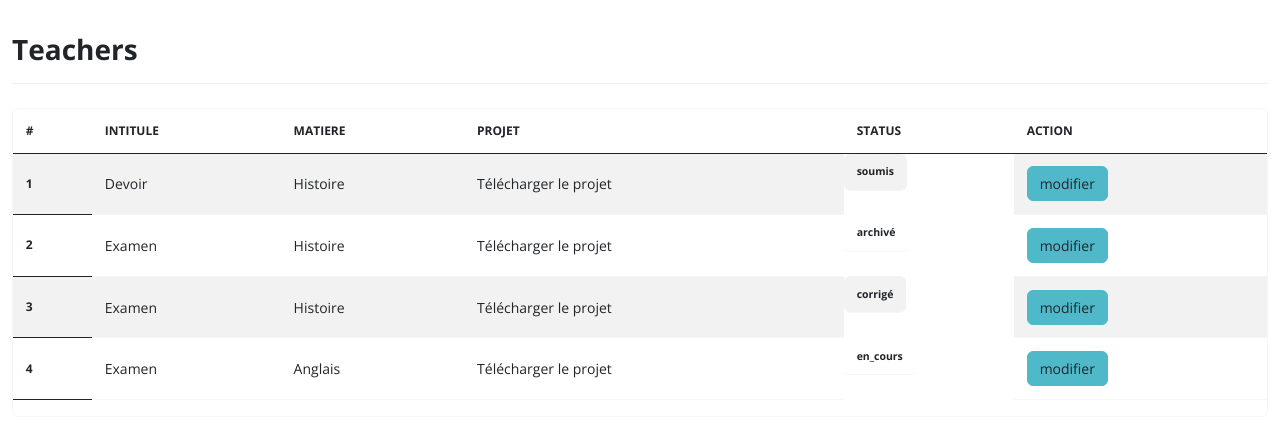
Repository: dimitri0004/Moodle
Page: http://localhost/enseignant/projet/
The author's editor kept a copy of each file at every save. The page is drawn from the files as they stood at one save, then again after the next save.
The browser window is 1280 px wide. The pictures show the whole page.
The page is served by the project's application, run on Django 4.2 (manage.py). Other server files are loaded and not shown. The database holds what the project's SQL file puts in it.

Above is the page before, as saved 2023-08-18 02:20:18.
Console error: TypeError: Cannot set properties of null (setting 'innerHTML')

### templates/Enseignant/Projet/index.html
{% extends "base.html" %}
{% block content %}

<div class="body d-flex py-lg-3 py-md-2">
    <div class="container-xxl">
        <div class="row">
            <div class="col-md-12">
                <div class="card border-0 mb-4 no-bg">
                    <div class="card-header py-3 px-0 d-flex align-items-center  justify-content-between border-bottom">
                        <h3 class=" fw-bold flex-fill mb-0">Teachers</h3>
                        <div class="dropdown px-2">
                            <button class="btn btn-primary dropdown-toggle" type="button" id="dropdownMenuButton1" data-bs-toggle="dropdown" aria-expanded="false">
                                Subject
                            </button>
                            <ul class="dropdown-menu  dropdown-menu-end" aria-labelledby="dropdownMenuButton1">
                              <li><a class="dropdown-item" href="#">Engineering</a></li>
                              <li><a class="dropdown-item" href="#">Power and Energy</a></li>
                              <li><a class="dropdown-item" href="#">Civil Law</a></li>
                              <li><a class="dropdown-item" href="#">Legal Advice</a></li>
                              <li><a class="dropdown-item" href="#">Health and Fitness</a></li>
                              <li><a class="dropdown-item" href="#">Hospitality</a></li>
                              <li><a class="dropdown-item" href="#">Aviation</a></li>
                              <li><a class="dropdown-item" href="#">Drawing</a></li>
                            </ul>
                        </div>
                        <div class="dropdown">
                            <button class="btn btn-primary dropdown-toggle" type="button" id="dropdownMenuButton2" data-bs-toggle="dropdown" aria-expanded="false">
                                Status
                            </button>
                            <ul class="dropdown-menu  dropdown-menu-end" aria-labelledby="dropdownMenuButton1">
                              <li><a class="dropdown-item" href="#">All</a></li>
                              <li><a class="dropdown-item" href="#">online</a></li>
                              <li><a class="dropdown-item" href="#">Popular</a></li>
                            </ul>
                        </div>
                    </div>
                </div>
            </div>
        </div>
        <div class="">
            <div class="col">
                <div class="card teacher-card">

                    <table class="table table-striped">
                        <thead>
                          <tr>
                            <th scope="col">#</th>
                            <th scope="col">Intitule</th>
                            <th scope="col">Matiere</th>
                            <th scope="col">Projet</th>
                            <th scope="col">Status</th>
                            <th scope="col">Action</th>
                          </tr>
                        </thead>
                        <tbody>
                            {% for projet in Projets %}
                            <tr>
                                <th scope="row">{{ forloop.counter  }}</th>
                                <td>{{ projet.intitule }}</td>
                                <td>{{ projet.matiere }}</td>
                                <td><a href="{{ projet.projet.url }}" download>Télécharger le projet</a>
                                <td class="badge badge-primary">{{ projet.statut }}</td>
                                <td>
                                    <a href="{% url 'modifier_projet' id=projet.id %}" class="btn btn-info">modifier</a>
                                </td>
                              </tr>
                            {% endfor %}


                        </tbody>
                      </table>

            </div>
        </div>
    </div>
</div>

<!-- Modal Members-->
<div class="modal fade" id="addUser" tabindex="-1" aria-labelledby="addUserLabel" aria-hidden="true">
    <div class="modal-dialog modal-dialog-centered modal-lg">
    <div class="modal-content">
        <div class="modal-header">
            <h5 class="modal-title  fw-bold" id="addUserLabel">Invite Friend's</h5>
            <button type="button" class="btn-close" data-bs-dismiss="modal" aria-label="Close"></button>
        </div>
        <div class="modal-body">
            <div class="inviteby_email">
                <div class="input-group mb-3">
                    <input type="text" class="form-control" placeholder="Members Invite" aria-label="Recipient's username" aria-describedby="button-addon2">
                    <button class="btn btn-dark" type="button" id="button-addon2">Members Invite</button>
                </div>
            </div>
            <div class="members_list">
                <h6 class="fw-bold ">Members of e-Learn</h6>
                <ul class="list-unstyled list-group list-group-custom list-group-flush mb-0">

                </ul>
            </div>
        </div>
    </div>
    </div>
</div>

{% endblock %}

### templates/base.html
{% load static %}
<!DOCTYPE html>
<html lang="en">
<head>
    <meta charset="UTF-8">
    <meta name="viewport" content="width=device-width, initial-scale=1.0">
    <title>Document</title>

    <link rel="icon" href="favicon.ico" type="image/x-icon"> <!-- Favicon-->

    <!-- plugin css file  -->
    <link rel="stylesheet" href="{% static 'assets/css/carousel.min.css' %}" />
    <!-- project css file  -->
    <link rel="stylesheet" href="{% static 'assets/css/e-learn.style.min.css' %}">
    <!-- Google Code  -->
    <script async src="https://www.googletagmanager.com/gtag/js?id=UA-264428387-1"></script>
    <script>
      window.dataLayer = window.dataLayer || [];
      function gtag(){dataLayer.push(arguments);}
      gtag('js', new Date());

      gtag('config', 'UA-264428387-1');
    </script>

    <script src="{% static 'assets/bundles/libscripts.bundle.js' %}"></script>

    <!-- Plugin Js-->
    <script src="{% static 'assets/bundles/carousel.bundle.js' %}"></script>
    <script src="{% static 'assets/bundles/apexcharts.bundle.js' %}"></script>

    <!-- Jquery Page Js -->
    <script src="{% static 'js/template.js' %}"></script>
    <script src="{% static 'js/page/elearn-index.js' %}"></script>
</head>
<body>
   {% if user.is_authenticated %}

    {% include "_partiels/nav.html" %}
   {% endif %}


    {% block content %}{% endblock %}
</body>
</html>

### AppEcole/models.py
from django.db import models
from django.contrib.auth.models import AbstractUser
class User(AbstractUser):
    ETUDIANT= " ETUDIANT"
    ENSEIGNANT="ENSEIGNANT"
    ADMINISTRATEUR=" ADMINISTRATEUR"

    ROLE_CHOICES = (
        (ETUDIANT, 'Etudiant'),
        (ENSEIGNANT, 'Enseignant'),
        (ADMINISTRATEUR, 'Administrateur'),
    )

    role = models.CharField(max_length=30, choices=ROLE_CHOICES, verbose_name='Rôle')
    birthdate = models.DateField(null=True, blank=False)
    identifiant = models.CharField(max_length=20, null=True, blank=False)

    def __str__(self):
        return self.username

class Devoir(models.Model):

    STATUT_CHOICES = [
        ('en_cours', 'En cours'),
        ('soumis', 'Soumis'),
        ('corrigé', 'Corrige'),
        ('traité', 'Traite'),
        ('archivé', 'Archivé'),
    ]
    intitule=models.CharField(max_length=255)
    matiere=models.CharField(max_length=255)
    statut = models.CharField(max_length=20, choices=STATUT_CHOICES)
    projet = models.FileField(upload_to='projets')

    def __str__(self):
        return self.intitule


# Create your models here.

### AppEcole/views.py
from django.shortcuts import render,redirect
from django.core.validators import validate_email
from django.contrib.auth.models import User
from django.db.models import Q
from django.contrib.auth.decorators import login_required
from django.contrib.auth import authenticate, login, logout
from .forms import ProjetForm
from django.contrib.auth import get_user_model
from .models import Devoir

def index(request):
    return render(request,'index.html')

def inscription(request):
    error = False
    message = ""

    if request.method == "POST":
        username = request.POST.get('username')
        email = request.POST.get('email')
        nom = request.POST.get('nom')
        prenom = request.POST.get('prenom')
        password = request.POST.get('password')
        confirmePassword = request.POST.get('confirmePassword')
        role = request.POST.get('role')
        identifiant = request.POST.get('identifiant')
        date = request.POST.get('date')# Récupérer le rôle du formulaire

        try:
            validate_email(email)
        except:
            error = True
            message = "Entrer un email valide svp"

        User = get_user_model()  # Obtenir le modèle utilisateur personnalisé

        user = User.objects.filter(Q(email=email) | Q(username=username)).first()
        if user:
            error = True
            message = f"L'email {email} ou le nom d'utilisateur {nom} est déjà utilisé par un utilisateur"

        if password != confirmePassword:
            error = True
            message = "Les deux mots de passe ne sont pas identiques"

        if error == False:
            user = User(

                username=username,
                email=email,
                last_name=nom,
                first_name=prenom,
                identifiant=identifiant,
                role=role,
                birthdate=date# Enregistrer le rôle dans le modèle
            )
            user.set_password(password)
            user.save()
            return redirect('acceuil')

    context = {
        'error': error,
        'message': message
    }
    return render(request, 'Utilisateur/inscription.html', context)

def connexion(request):
    error=False
    message=""
    if request.method=="POST":

        email=request.POST.get('email', None)
        password=request.POST.get('password', None)

        User = get_user_model()
        user=User.objects.filter(email=email).first()
        if user:
            user=authenticate(username=user.username, password=password)
            if user:
                login(request, user)
                if user.role == 'Administrateur':
                    return redirect('acceuil')  # Redirection pour les superutilisateurs
                elif user.role == 'Enseignant':
                    return redirect('liste_projet')  # Redirection pour les membres du groupe "Staff"
                elif user.role == 'Etudiant':
                    return redirect('acceuil')
                else:
                    return redirect('acceuil')  # Redirection par défaut

            else:
                error=True
                message="mot de passe  incorrecte"
        else:
            error=True
            message="l'utilisateur n'existe pas"
    return render(request, 'Utilisateur/connexion.html', {'error':error, 'message':message})

def ajouter_projet(request):
    if request.method == 'POST':
        form = ProjetForm(request.POST, request.FILES)
        if form.is_valid():
            form.save()
            return redirect('ajouter_projet')  # Rediriger vers la liste des projets
    else:
        form = ProjetForm()

    context = {'form': form}
    return render(request, 'Enseignant/Projet/projet.html', context)

def liste_projets(request):
    projets = Devoir.objects.all()
    return render(request, 'Enseignant/Projet//index.html', {'Projets': projets})

def modifier_projet(request, projet_id):
    projet = get_object_or_404(Projet, id=projet_id)

    if request.method == 'POST':
        form = ProjetForm(request.POST, request.FILES, instance=projet)
        if form.is_valid():
            form.save()
            return redirect('liste_projet')  # Rediriger vers la liste des projets
    else:
        form = ProjetForm(instance=projet)

    context = {'form': form}
    return render(request, 'Enseignant/Projet/modifier.html', context)


def supprimer_projet(request, projet_id):
    projet = get_object_or_404(Projet, id=projet_id)

    if request.method == 'POST':
        projet.delete()
        return redirect('liste_projet')  # Rediriger vers la liste des projets

    context = {'projet': projet}
    return render(request, 'Enseignant/Projet/modifier.html', context)









def deconnexion(request):
    logout(request)
    return redirect('login')
# Create your views here.

### MoodleProject/urls.py
"""
URL configuration for MoodleProject project.

The `urlpatterns` list routes URLs to views. For more information please see:
    https://docs.djangoproject.com/en/4.2/topics/http/urls/
Examples:
Function views
    1. Add an import:  from my_app import views
    2. Add a URL to urlpatterns:  path('', views.home, name='home')
Class-based views
    1. Add an import:  from other_app.views import Home
    2. Add a URL to urlpatterns:  path('', Home.as_view(), name='home')
Including another URLconf
    1. Import the include() function: from django.urls import include, path
    2. Add a URL to urlpatterns:  path('blog/', include('blog.urls'))
"""
from django.contrib import admin
from django.urls import path,include
from django.conf import settings
from django.conf.urls.static import static


urlpatterns = [
    path('admin/', admin.site.urls),
    path('', include('AppEcole.urls')),
]
if settings.DEBUG:
    urlpatterns += static(settings.MEDIA_URL,
    document_root=settings.MEDIA_ROOT)

### AppEcole/urls.py
from django.urls import path
from .views import index, inscription, connexion,ajouter_projet,deconnexion,liste_projets,modifier_projet
urlpatterns = [
    path('acceuil', index, name='acceuil'),
    path('inscription/', inscription, name='register'),
    path('', connexion, name='login'),
    path('deconnexion/', deconnexion, name='logout'),
    path('enseignant/projet/ajouter', ajouter_projet, name='ajouter_projet'),
    path('enseignant/projet/', liste_projets, name='liste_projet'),
    path('enseignant/projet/modifier/<int:id>',modifier_projet, name='modifier_projet'),


]

### static/assets/css/carousel.min.css
.owl-carousel,.owl-carousel .owl-item{-webkit-tap-highlight-color:transparent;position:relative}.owl-carousel{display:none;width:100%;z-index:1}.owl-carousel .owl-stage{position:relative;-ms-touch-action:pan-Y;-moz-backface-visibility:hidden}.owl-carousel .owl-stage:after{content:".";display:block;clear:both;visibility:hidden;line-height:0;height:0}.owl-carousel .owl-stage-outer{position:relative;overflow:hidden;-webkit-transform:translate3d(0, 0, 0)}.owl-carousel .owl-item,.owl-carousel .owl-wrapper{-webkit-backface-visibility:hidden;-moz-backface-visibility:hidden;-ms-backface-visibility:hidden;-webkit-transform:translate3d(0, 0, 0);-moz-transform:translate3d(0, 0, 0);-ms-transform:translate3d(0, 0, 0)}.owl-carousel .owl-item{min-height:1px;float:left;-webkit-backface-visibility:hidden;-webkit-touch-callout:none}.owl-carousel .owl-item img{display:block;width:100%}.owl-carousel .owl-dots.disabled,.owl-carousel .owl-nav.disabled{display:none}.no-js .owl-carousel,.owl-carousel.owl-loaded{display:block}.owl-carousel .owl-dot,.owl-carousel .owl-nav .owl-next,.owl-carousel .owl-nav .owl-prev{cursor:pointer;cursor:hand;-webkit-user-select:none;-khtml-user-select:none;-moz-user-select:none;-ms-user-select:none;user-select:none}.owl-carousel.owl-loading{opacity:0;display:block}.owl-carousel.owl-hidden{opacity:0}.owl-carousel.owl-refresh .owl-item{visibility:hidden}.owl-carousel.owl-drag .owl-item{-webkit-user-select:none;-moz-user-select:none;-ms-user-select:none;user-select:none}.owl-carousel.owl-grab{cursor:move;cursor:grab}.owl-carousel.owl-rtl{direction:rtl}.owl-carousel.owl-rtl .owl-item{float:right}.owl-carousel .animated{animation-duration:1s;animation-fill-mode:both}.owl-carousel .owl-animated-in{z-index:0}.owl-carousel .owl-animated-out{z-index:1}.owl-carousel .fadeOut{animation-name:fadeOut}@keyframes fadeOut{0%{opacity:1}100%{opacity:0}}.owl-height{transition:height .5s ease-in-out}.owl-carousel .owl-item .owl-lazy{opacity:0;transition:opacity .4s ease}.owl-carousel .owl-item img.owl-lazy{transform-style:preserve-3d}.owl-carousel .owl-video-wrapper{position:relative;height:100%;background:#000}.owl-carousel .owl-video-play-icon{position:absolute;height:80px;width:80px;left:50%;top:50%;margin-left:-40px;margin-top:-40px;background:url(owl.video.play.html) no-repeat;cursor:pointer;z-index:1;-webkit-backface-visibility:hidden;transition:transform .1s ease}.owl-carousel .owl-video-play-icon:hover{-ms-transform:scale(1.3, 1.3);transform:scale(1.3, 1.3)}.owl-carousel .owl-video-playing .owl-video-play-icon,.owl-carousel .owl-video-playing .owl-video-tn{display:none}.owl-carousel .owl-video-tn{opacity:0;height:100%;background-position:center center;background-repeat:no-repeat;background-size:contain;transition:opacity .4s ease}.owl-carousel .owl-video-frame{position:relative;z-index:1;height:100%;width:100%}

### static/js/template.js
if (typeof jQuery === "undefined") {
    throw new Error("jQuery plugins need to be before this file");
}

$(function() {
    "use strict";

    // main sidebar toggle js
    $('.menu-toggle').on('click', function () {
        $('.sidebar').toggleClass('open');
        $('.open').removeClass('sidebar-mini');
    });

    // layout a sidebar mini version
    $('.sidebar-mini-btn').on('click', function () {
        $('.sidebar').toggleClass('sidebar-mini');
        $('.sidebar-mini').removeClass('open');
    });

    // chat page chatlist toggle js
    $('.chatlist-toggle').on('click', function () {
        $('.card-chat').toggleClass('open');
    });

    $(".theme-rtl input").on('change',function() {
        if(this.checked) {
            $("body").addClass('rtl_mode');
        }else{
            $("body").removeClass('rtl_mode');
        }

    });

    // cSidebar overflow daynamic height

    overFlowDynamic();

    $(window).resize(function(){
        overFlowDynamic();
    });

    function overFlowDynamic(){
        var sideheight=$(".sidebar.sidebar-mini").height() + 48;

        if(sideheight <= 760) {
            $(".sidebar.sidebar-mini").css( "overflow", "scroll");
        }
        else{
            $(".sidebar.sidebar-mini").css( "overflow", "visible");
        }
    }


    // Dropdown scroll hide using table responsive

    $('.table-responsive').on('show.bs.dropdown', function () {
        $('.table-responsive').css( "overflow", "inherit" );
    });

    $('.table-responsive').on('hide.bs.dropdown', function () {
            $('.table-responsive').css( "overflow", "auto" );
    })

    // light and dark theme setting js
    var toggleSwitch = document.querySelector('.theme-switch input[type="checkbox"]');
    var toggleHcSwitch = document.querySelector('.theme-high-contrast input[type="checkbox"]');
    var currentTheme = localStorage.getItem('theme');
    if (currentTheme) {
        document.documentElement.setAttribute('data-theme', currentTheme);

        if (currentTheme === 'dark') {
            toggleSwitch.checked = true;
        }
        if (currentTheme === 'high-contrast') {
            toggleHcSwitch.checked = true;
            toggleSwitch.checked = false;
        }
    }
    function switchTheme(e) {
        if (e.target.checked) {
            document.documentElement.setAttribute('data-theme', 'dark');
            localStorage.setItem('theme', 'dark');
            $('.theme-high-contrast input[type="checkbox"]').prop("checked", false);
        }
        else {
            document.documentElement.setAttribute('data-theme', 'light');
            localStorage.setItem('theme', 'light');
        }
    }
    toggleSwitch.addEventListener('change', switchTheme, false);
    // end
});

// live support team js
$(function() {
    "use strict";
    var Tawk_API=Tawk_API||{}, Tawk_LoadStart=new Date();
    (function(){
        var s1=document.createElement("script"),s0=document.getElementsByTagName("script")[0];
        s1.async=true;
        s1.src='https://embed.tawk.to/6051a040f7ce18270930e55a/1f0vdjvfu';
        s1.charset='UTF-8';
        s1.setAttribute('crossorigin','*');
        s0.parentNode.insertBefore(s1,s0);
    })();
});

### static/js/page/elearn-index.js
if (typeof jQuery === "undefined") {
    throw new Error("jQuery plugins need to be before this file");
}
$(function() {
    "use strict";
    var tooltipTriggerList = [].slice.call(document.querySelectorAll('[data-bs-toggle="tooltip"]'))
    var tooltipList = tooltipTriggerList.map(function (tooltipTriggerEl) {
        return new bootstrap.Tooltip(tooltipTriggerEl)
    })

    /*****Owl Slider************/
    $(document).ready(function(){
        $('.owl-carouselone').owlCarousel({
            stagePadding: 30,
            loop:true,
            margin:10,
            nav:true,
            navText: ["<img src='../dist/assets/images/stylish-left.png'>","<img src='../dist/assets/images/stylish-right.png'>"],
            responsive:{
                0:{
                    items:1
                },
                480:{
                    items:3
                },
                600:{
                    items:3
                },
                740:{
                    items:6
                },
                1000:{
                    items:2
                },
                1100:{
                    items:3
                },
                1400:{
                    items:3
                },
                1500:{
                    items:4
                }
            }
        })

        $('.owl-carouseltwo').owlCarousel({
            loop:true,
            margin:5,
            autoplay:true,
            autoplayTimeout:4000,
            autoplayHoverPause:true,
            responsive:{
                0:{
                    items:1
                },
                480:{
                    items:1
                },
                600:{
                    items:1
                },
                1000:{
                    items:2
                },
                1100:{
                    items:2
                },
                1400:{
                    items:3
                }
            }
        })
    });

    // basic-column
    $(document).ready(function() {
        var options = {
            chart: {
                height: 350,
                type: 'bar',
            },
            colors: ['var(--chart-color1)', 'var(--chart-color2)', 'var(--chart-color4)'],
            plotOptions: {
                bar: {
                    horizontal: false,
                    columnWidth: '55%',
                    endingShape: 'rounded'
                },
            },
            dataLabels: {
                enabled: false
            },
            stroke: {
                show: true,
                width: 2,
                colors: ['transparent']
            },
            series: [{
                name: 'Listening',
                data: [44, 55, 57, 56, 61, 58, 63, 60, 66]
            }, {
                name: 'Writing',
                data: [76, 85, 101, 98, 87, 105, 91, 114, 94]
            }, {
                name: 'Video View',
                data: [35, 41, 36, 26, 45, 48, 52, 53, 41]
            }],
            xaxis: {
                categories: ['Feb', 'Mar', 'Apr', 'May', 'Jun', 'Jul', 'Aug', 'Sep', 'Oct'],
            },
            yaxis: {
                title: {
                    text: ''
                }
            },
            fill: {
                opacity: 1

            },
            tooltip: {
                y: {
                    formatter: function (val) {
                        return "$ " + val + " thousands"
                    }
                }
            }
        }

        var chart = new ApexCharts(
            document.querySelector("#apex-basic-column"),
            options
        );

        chart.render();
    });


});
/*****digital-clock************/
function date_time(id){
    date = new Date;
    h = date.getHours();
    if(h<10)
    {
            h = "0"+h;
    }
    m = date.getMinutes();
    if(m<10)
    {
            m = "0"+m;
    }
    s = date.getSeconds();
    if(s<10)
    {
            s = "0"+s;
    }
    document.getElementById("s").innerHTML = ''+s;
    document.getElementById("m").innerHTML = ''+m;
    document.getElementById("h").innerHTML = ''+h;
    setTimeout('date_time("'+"s"+'");','1000');
    return true;
}
window.onload = date_time('s');

### moodle.sql (the tables this page reads)
CREATE TABLE `appecole_devoir` (
  `id` bigint(20) NOT NULL,
  `intitule` varchar(255) NOT NULL,
  `matiere` varchar(255) NOT NULL,
  `statut` varchar(20) NOT NULL,
  `projet` varchar(100) NOT NULL
) ENGINE=InnoDB DEFAULT CHARSET=utf8mb4;

INSERT INTO `appecole_devoir` (`id`, `intitule`, `matiere`, `statut`, `projet`) VALUES
(3, 'Devoir', 'Histoire', 'soumis', 'projets/api.txt'),
(5, 'Examen', 'Histoire', 'archivé', 'projets/rose_oPjV7Xt.xlsx'),
(6, 'Examen', 'Histoire', 'corrigé', 'projets/wordpress.txt'),
(7, 'Examen', 'Anglais', 'en_cours', 'projets/9ddd859d-fb28-4d27-b879-5b210936f2cb.jpg');

ALTER TABLE `appecole_devoir`
  ADD PRIMARY KEY (`id`);

ALTER TABLE `appecole_devoir`
  MODIFY `id` bigint(20) NOT NULL AUTO_INCREMENT, AUTO_INCREMENT=8;

Loaded but not shown: static/assets/css/e-learn.style.min.css (library); static/assets/bundles/libscripts.bundle.js (library); static/assets/bundles/carousel.bundle.js (library); static/assets/bundles/apexcharts.bundle.js (library)

After the next save:
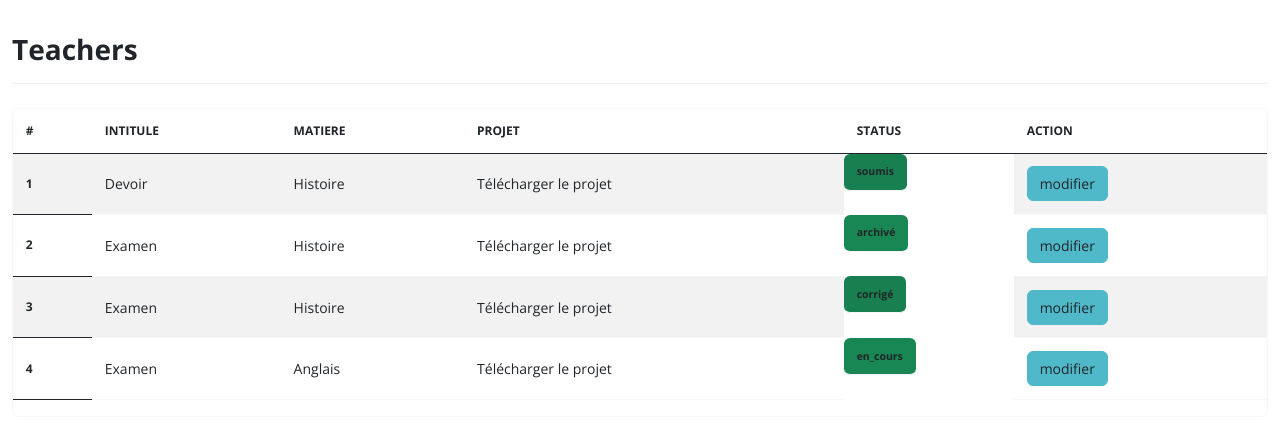
Saved 33 s later.
--- a/templates/Enseignant/Projet/index.html
+++ b/templates/Enseignant/Projet/index.html
@@ -59,7 +59,7 @@
                                 <td>{{ projet.intitule }}</td>
                                 <td>{{ projet.matiere }}</td>
                                 <td><a href="{{ projet.projet.url }}" download>Télécharger le projet</a>
-                                <td class="badge badge-primary">{{ projet.statut }}</td>
+                                <td class="badge bg-success">{{ projet.statut }}</td>
                                 <td>
                                     <a href="{% url 'modifier_projet' id=projet.id %}" class="btn btn-info">modifier</a>
                                 </td>
